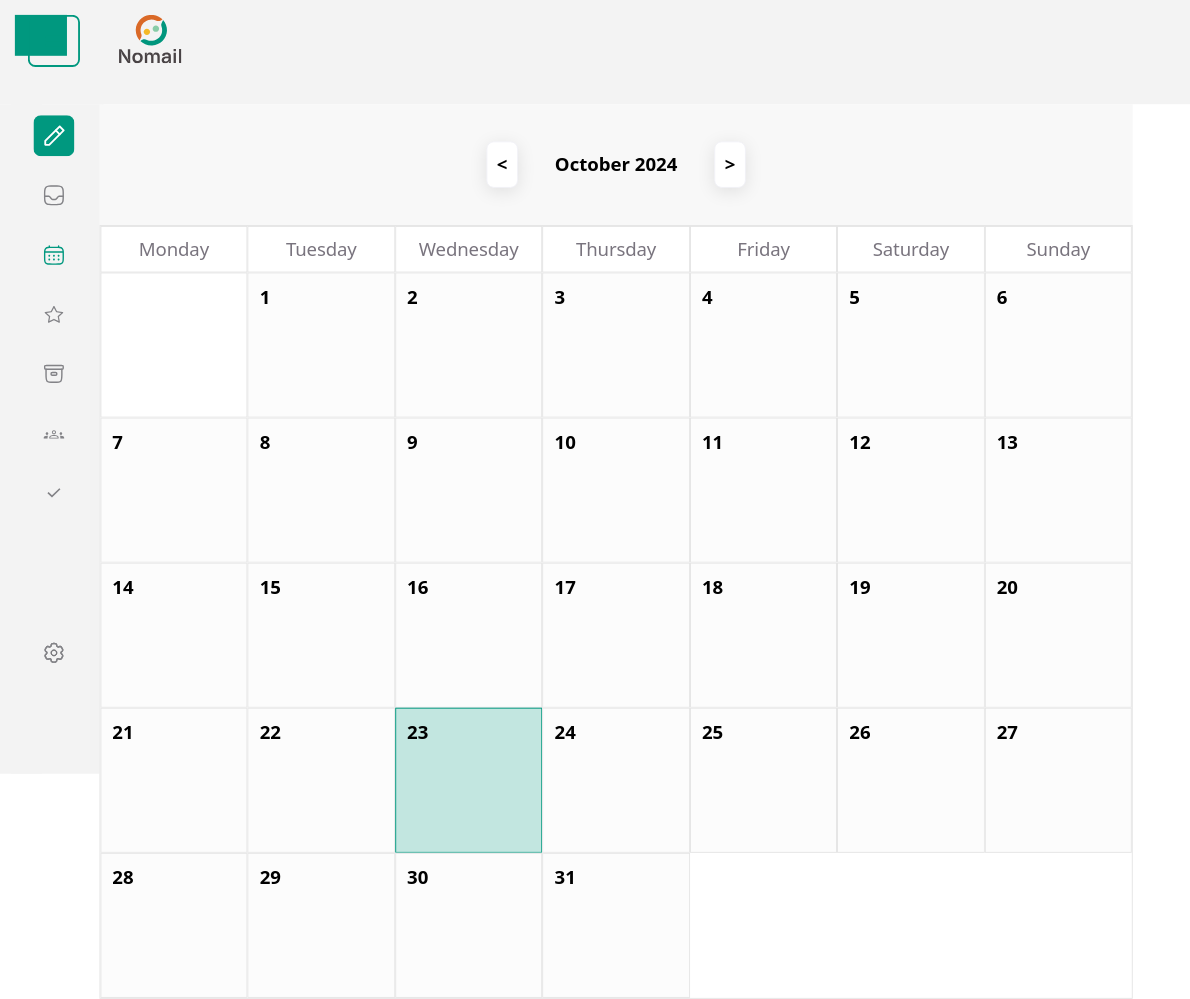
Repository: Tofigkh1/Nomail-App
Page: /calendar
An editor plug-in stored every save of this project. The page is shown before and after the next save, followed by the edit.
The browser window is 1280 px wide. The pictures show the whole page, at 93% of full size.
The project was rebuilt for these pictures with package versions that can differ from the ones it lists, and the page was loaded fresh each time. The framework's server and built-in components were replaced by stand-ins that run in the browser. Also part of the build but not shown: next.config.mjs, components/shared/svg/calendarSvg.jsx.

Above is the page before, as saved 2024-10-23 03:23:46.

After the next save:
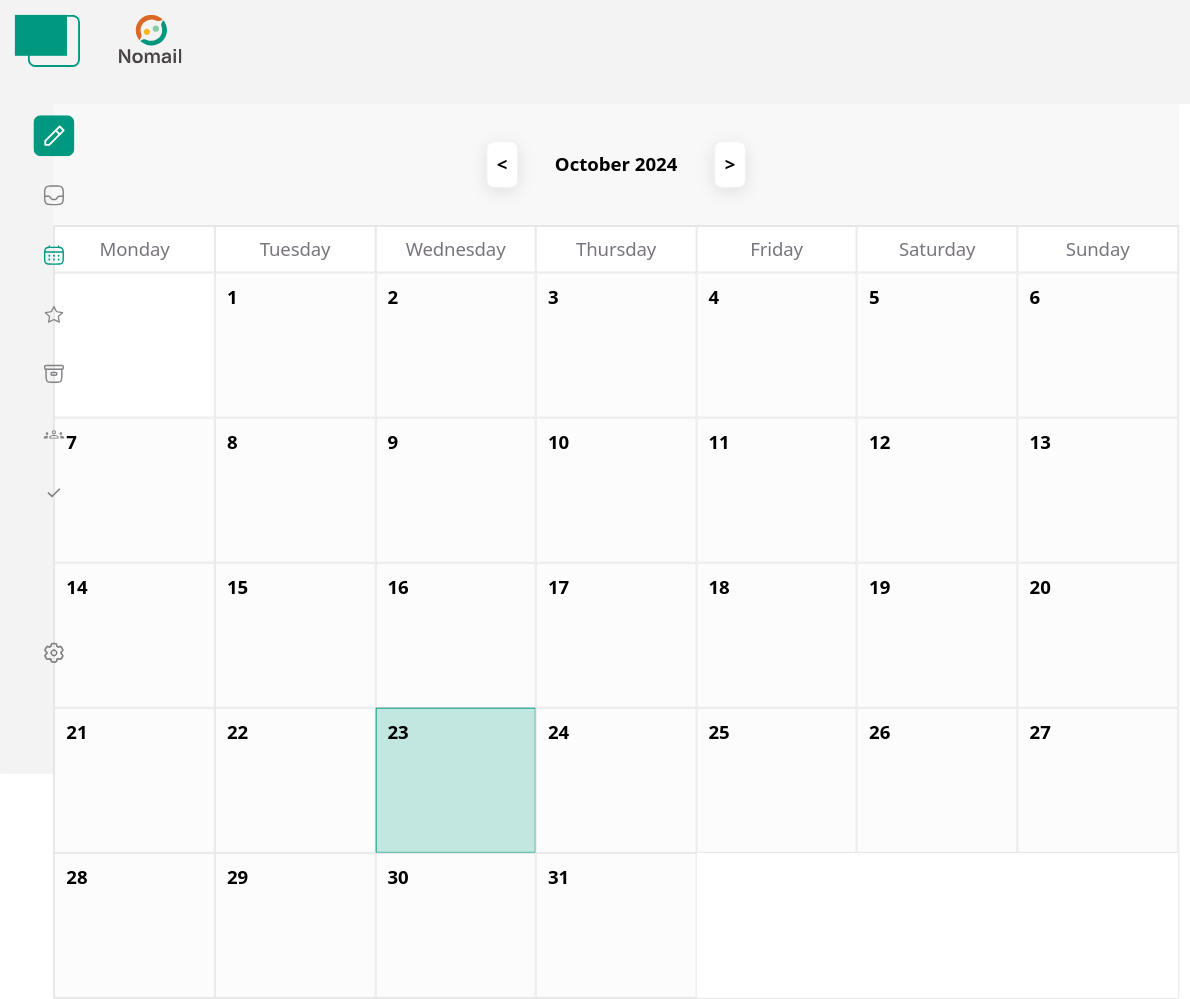
Saved 25 s later.
--- a/components/shared/client/Calendar/Calendar.css
+++ b/components/shared/client/Calendar/Calendar.css
@@ -1,5 +1,5 @@
 .calendar-container {
-    width: 90%;
+    width: 98%;
     background-color: #f8f8f8;
     color: black;
     margin: 0 auto;

After the save that followed:
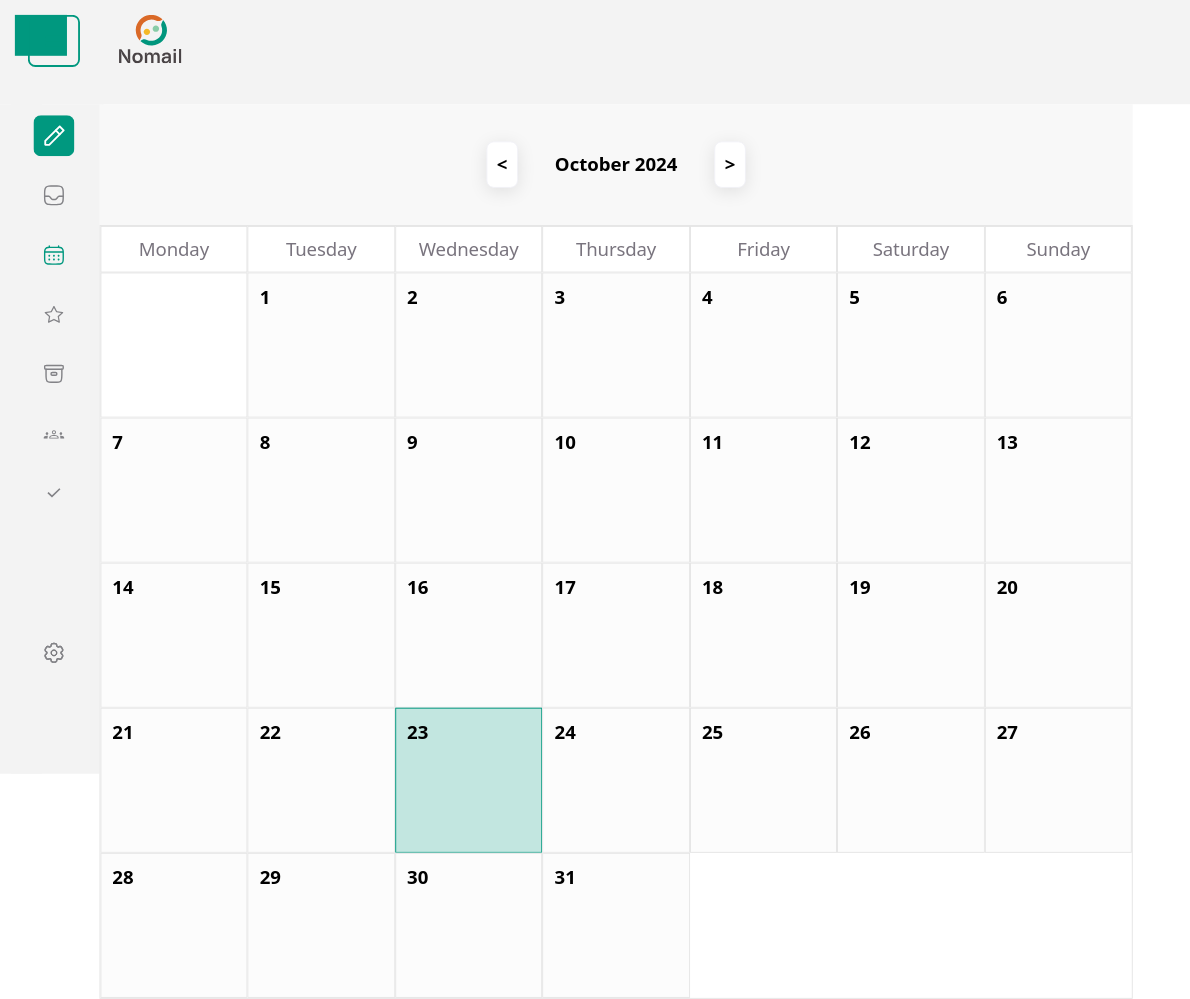
Saved 7 s later.
--- a/components/shared/client/Calendar/Calendar.css
+++ b/components/shared/client/Calendar/Calendar.css
@@ -1,5 +1,5 @@
 .calendar-container {
-    width: 98%;
+    width: 90%;
     background-color: #f8f8f8;
     color: black;
     margin: 0 auto;
